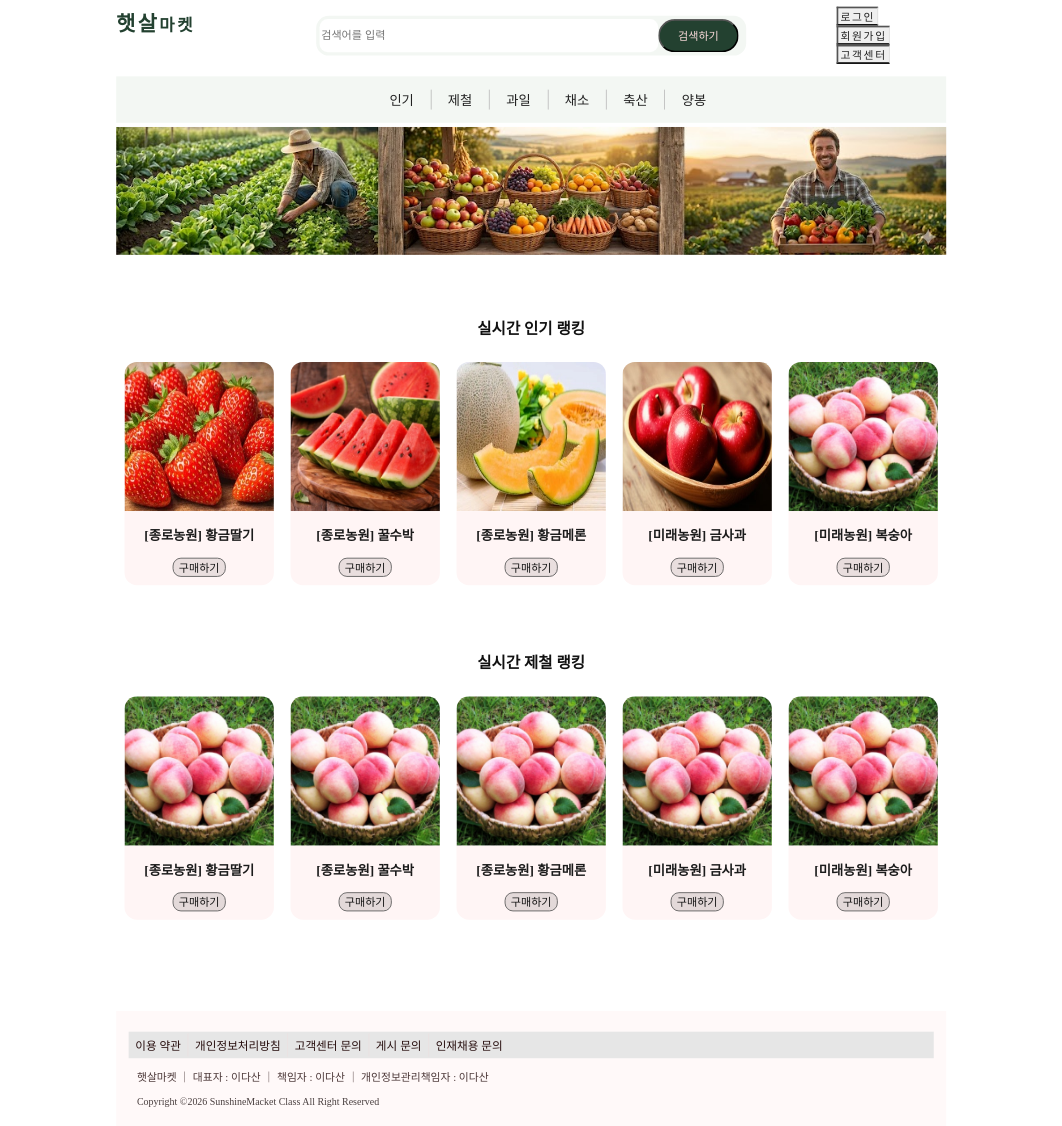
Repository: ham-zi/front-practice
Page: http://localhost/marketfresh/
These files come from the project's save history. The page is drawn as it stood at one moment and after the next save; the edit follows.
The browser window is 1280 px wide. The pictures show the whole page, at 83% of full size.
The page is served by Tomcat 9. Nobody is signed in. The application's start-up code is not run. Other server files are loaded and not shown.

Above is the page before, as saved 2026-05-08 00:20:27.

### MINI_WEB-workspace/marketfresh/src/main/webapp/index.jsp
<%@ page language="java" contentType="text/html; charset=UTF-8"
    pageEncoding="UTF-8"%>
<%@ taglib prefix="c" uri="http://java.sun.com/jsp/jstl/core" %>

<!DOCTYPE html>
<html lang="en">
<head>
    <meta charset="UTF-8">
    <meta name="viewport" content="width=, initial-scale=1.0">
    <title>화면 구조 잡기</title>

    <style>
        #wrap, header, nav, main, footer {
            box-sizing: border-box;


        }
        #wrap{
            width : 1000px;
            height :1200px;
;
            margin : auto;
            display : flex;
            flex-direction: column;
        }

        header {
            flex : 1.5;
            display : flex;
            margin-bottom: 15px;
        }
        nav {
            flex : 0.5;
        }
        main {
            flex : 12;
            display : flex;
            flex-direction: column;
        }

        main > div {
        }

        footer {
            flex : 2;
        }

        #header_1{
            flex : 2;
        }

        #header_2{
            flex : 6;
        }
        #header_3{
            flex : 2;
        }

        #content_1{
            flex : 2;
        }

        #content_2{
            flex : 2;
        }

        #content_3{
            flex : 2;
        }
    </style>

    <link rel="stylesheet" href="/market/resources/css/footer.css">
    <link rel="stylesheet" href="/market/resources/css/searchform.css">
    <link rel="stylesheet" href="/market/resources/css/logo.css">
    <link rel="stylesheet" href="/market/resources/css/headerutil.css">
    <link rel="stylesheet" href="/market/resources/css/navbar.css">
    <link rel="stylesheet" href="/market/resources/css/content1.css">
    <link rel="styleSheet" href="/market/resources/css/main2.css">
    <link rel="styleSheet" href="/market/resources/css/main3.css">


</head>
<body>

    <div id="wrap">
        <header>
            <div id="header_1">
                <a href="#" id="logo_1">햇살<span id="logo_2">마켓</span></a>
            </div>

            <div id="header_2">
                <form action="search" method="get" id="search_form">
                    <div id="search_text">
                        <input type="text" name="query" placeholder="검색어를 입력">
                    </div>
                    <div id="search_btn">
                        <button>검색하기</button>
                    </div>
                </form>
            </div>

            <div id="header_3">
                <div id="util">

                	<c:choose>
					    <c:when test="${empty userInfo}">
		                	<form method="post" action="http://www.localhost:8088/market/login_page.do">
		                    	<button type="submit">로그인</button>
		                	</form>
		                	<form method="post" action="http://www.localhost:8088/market/enroll.do">
		                    	<button type="submit">회원가입</button>
	           			    </form>
					    </c:when>
	           			<c:otherwise>
		                	<form method="post" action="">
		                    	<button type="submit">로그아웃</button>
		                	</form>
		                	<form method="post" action="">
		                    	<button type="submit">장바구니</button>
		                	</form>
	           			</c:otherwise>
                	</c:choose>
                	<form method="" action="">
                    	<button type="submit">고객센터</button>
                	</form>


                </div>
            </div>
        </header>

        <nav>
            <ul id="navbar">
                <li><a href="#">인기</a></li>
                <li><a href="#">제철</a></li>
                <li><a href="#">과일</a></li>
                <li><a href="#">채소</a></li>
                <li><a href="#">축산</a></li>
                <li><a href="#">양봉</a></li>
            </ul>
        </nav>

        <main>
            <div id="content_1">
                <img src="/market/resources/image_upfiles/main.jpg" alt="농산물 이미지">
            </div>
                    <h3 id="content2_title">실시간 인기 랭킹</h3>
            <div id="content_2">
                <div>
                    <img src="/market/resources/image_upfiles/strawberry.jpg" alt="딸기이미지">
                    <div>
                        <p>[종로농원] 황금딸기</p>
                        <button>구매하기</button>
                    </div>
                </div>
                <div>
                    <img src="/market/resources/image_upfiles/watermelon.jpg" alt="">
                    <div>
                        <p>[종로농원] 꿀수박</p>
                        <button>구매하기</button>
                    </div>
                </div>
                <div>
                    <img src="/market/resources/image_upfiles/melon.jpg" alt="">
                    <div>
                        <p>[종로농원] 황금메론</p>
                        <button>구매하기</button>
                    </div>
                </div>
                <div>
                    <img src="/market/resources/image_upfiles/apple.jpg" alt="">
                    <div>
                        <p>[미래농원] 금사과</p>
                        <button>구매하기</button>
                    </div>
                </div>
                <div>
                    <img src="/market/resources/image_upfiles/peach.jpg" alt="">
                    <div>
                        <p>[미래농원] 복숭아</p>
                        <button>구매하기</button>
                    </div>
                </div>
            </div>
                    <h3 id="content2_title">실시간 제철 랭킹</h3>
            <div id="content_3">
                <div>
                    <img src="/market/resources/image_upfiles/peach.jpg" alt="딸기이미지">
                    <div>
                        <p>[종로농원] 황금딸기</p>
                        <button>구매하기</button>
                    </div>
                </div>
                <div>
                    <img src="/market/resources/image_upfiles/peach.jpg" alt="">
                    <div>
                        <p>[종로농원] 꿀수박</p>
                        <button>구매하기</button>
                    </div>
                </div>
                <div>
                    <img src="/market/resources/image_upfiles/peach.jpg" alt="">
                    <div>
                        <p>[종로농원] 황금메론</p>
                        <button>구매하기</button>
                    </div>
                </div>
                <div>
                    <img src="/market/resources/image_upfiles/peach.jpg" alt="">
                    <div>
                        <p>[미래농원] 금사과</p>
                        <button>구매하기</button>
                    </div>
                </div>
                <div>
                    <img src="/market/resources/image_upfiles/peach.jpg" alt="">
                    <div>
                        <p>[미래농원] 복숭아</p>
                        <button>구매하기</button>
                    </div>
                </div>
            </div>
        </main>

        <div id="footer">
            <ul id="footer_ul">
                <li>
                    <a href="#">이용 약관</a>
                </li>
                <li>
                    <a href="#">개인정보처리방침</a>
                </li>
                <li>
                    <a href="#">고객센터 문의</a>
                </li>
                <li>
                    <a href="#">게시 문의</a>
                </li>
                <li>
                    <a href="#">인재채용 문의</a>
                </li>
            </ul>
            <div id="footer_p">
                <p id="p_1">
                    햇살마켓 ｜ 대표자 : 이다산 ｜ 책임자 : 이다산 ｜  개인정보관리책임자 : 이다산

                </p>
                <p id="p_2">
                    Copyright ©2026 SunshineMacket Class All Right Reserved

                </p>
            </div>
        </div>
    </div>

</body>
</html>

### MINI_WEB-workspace/marketfresh/src/main/webapp/resources/css/footer.css
#footer {
    padding : 10px 15px;
    background-color: rgb(255, 249, 249);
}

#footer_ul{
    display : flex;
    margin-top : 15px;
    margin-bottom : 10px;
    background-color: rgb(230, 230, 230);
    padding : 2px 0px;
}

#footer_ul>li {
    list-style: none;
                padding: 0px 10px;
    border-right: 1px solid rgb(235, 225, 225);
    padding : 4px;
}

#footer_ul>li:last-child {
    border-right: none;
}

#footer_ul>li>a {
    text-decoration: none;
    font-size : 14px;
    color : rgb(39, 14, 14);
    font-weight : 400p;
    padding : 4px 4px;
    &:hover{
        color :black;
        font-weight : 500;
    }
}

#footer_p {
    padding-left : 10px;

}

#p_1{
    font-size : 13px;
    color : rgb(75, 55, 55);
    padding-top : 12;
}

#p_2{
    font-size : 12px;
    color :rgb(73, 63, 63)
}

### MINI_WEB-workspace/marketfresh/src/main/webapp/resources/css/searchform.css
#header_2{
    display : flex;
    align-items: center;
    justify-content: center;
}

#search_form{
    width : 85%;
    height : 40px;
    padding : 4px;
    border-radius: 15px;
    background-color: rgba(27, 94, 32, 0.05);
    display :flex;
}

#search_text{
    flex: 8;
}

#search_btn{
    flex: 2;
}

#search_text > input{
    width : 100%;
    height : 100%;
    border-radius: 10px;
    border : none;
    box-sizing: border-box;
    background-color: rgb(255, 255, 255);
    &:focus{
        outline: rgb(243, 243, 243);
    }
}

#search_btn > button {
    width: 95%;
    height: 100%;
    border-radius: 22px;
    background-color: rgb(35, 65, 48);
    color : rgb(252, 220, 220);
    &:hover {
        color: #fffefe;
        background-color: rgb(10, 29, 18);
        cursor:pointer;
    }
}

### MINI_WEB-workspace/marketfresh/src/main/webapp/resources/css/logo.css
#logo{
    display: flex;
    align-items: center;
    justify-content: center;
}

#logo_1{

    text-decoration: none;
    color: rgb(35, 65, 48);
    font-weight: 700;
    font-size : 25px;
    letter-spacing: 3px;
}

#logo_2{
    font-size : 20px;
}

### MINI_WEB-workspace/marketfresh/src/main/webapp/resources/css/headerutil.css
#header_3 {
    display : flex;
    align-items: center;
    justify-content: center;
}

#util > form > button {
    text-decoration: none;
    color: rgb(34, 34, 34);
    border-right : 1px solid rgb(221, 221, 221);
    padding : 0px 3px;
    font-size: 13px;
    letter-spacing: 2px;
    &:hover {
        font-size: 16;
        font-weight: 700;
    }
}

#util > a:last-child {
    border-right : none;
}

### MINI_WEB-workspace/marketfresh/src/main/webapp/resources/css/navbar.css
nav{
    background-color: rgba(27, 94, 32, 0.05);

}

nav > ul {
    display:flex;
    text-align: center;
    justify-content: center;
}

nav > ul > li {
    list-style: none;
    border-right : 1px solid rgb(187, 187, 187);
    padding : 0px 20px;
}

ul > :last-child {
    border-right : 0px;
}

nav > ul > li > a {
    text-decoration: none;
    color: rgb(34, 34, 34);

    &:hover{
        font-weight: 600;
        color :black
    }
}

### MINI_WEB-workspace/marketfresh/src/main/webapp/resources/css/content1.css
#content_1 > img {
  width: 100%;
  height: auto;
  padding-top: 5px;
  margin-bottom: 50px;
}

### MINI_WEB-workspace/marketfresh/src/main/webapp/resources/css/main2.css

#content2_title{
    text-align: center;
    color: rgb(17, 17, 17);
}

#content_2 {
    display: flex;
    margin-bottom: 50px;

}

#content_2>div {
    flex : 1px;
    margin : 10px;
    border-radius: 15px;
    display: flex;
    flex-direction: column;

}

#content_2>div>img{
    flex : 8;
    height : 40px;
    width: 100%;
    border-radius: 15px 15px 0px 0px;
    box-sizing: border-box;
}

#content_2>div {
    text-align: center;
}



#content_2>div>div{
    flex : 2;
    height: 100%;
    width : 100%;
    background-color: rgb(255, 245, 245);
    box-sizing: border-box;
    border-radius: 0px 0px 15px 15px;
    padding-bottom: 10px;
}

#content_2>div>div>p {
    color: rgb(27, 27, 27);
    text-align: center;
    font-weight: 600;
}

#content_2>div>div>button {
    border-radius: 10px;
    border : 1px solid rgb(85, 85, 85);
    color: rgb(22, 22, 22);
    background-color: rgba(206, 194, 194, 0.452);
}

### MINI_WEB-workspace/marketfresh/src/main/webapp/resources/css/main3.css
#content3_title{
    text-align: center;
    color: rgb(17, 17, 17);
}

#content_3 {
    display: flex;
    margin-bottom: 100px;

}

#content_3>div {
    flex : 1px;
    margin : 10px;
    border-radius: 15px;
    display: flex;
    flex-direction: column;

}

#content_3>div>img{
    flex : 8;
    height : 40px;
    width: 100%;
    border-radius: 15px 15px 0px 0px;
    box-sizing: border-box;
}

#content_3>div {
    text-align: center;
}



#content_3>div>div{
    flex : 2;
    height: 100%;
    width : 100%;
    background-color: rgb(255, 245, 245);
    box-sizing: border-box;
    border-radius: 0px 0px 15px 15px;
    padding-bottom: 10px;
}

#content_3>div>div>p {
    color: rgb(27, 27, 27);
    text-align: center;
    font-weight: 600;
}

#content_3>div>div>button {
    border-radius: 10px;
    border : 1px solid rgb(85, 85, 85);
    color: rgb(22, 22, 22);
    background-color: rgba(192, 181, 181, 0.452);
}

After the next save:
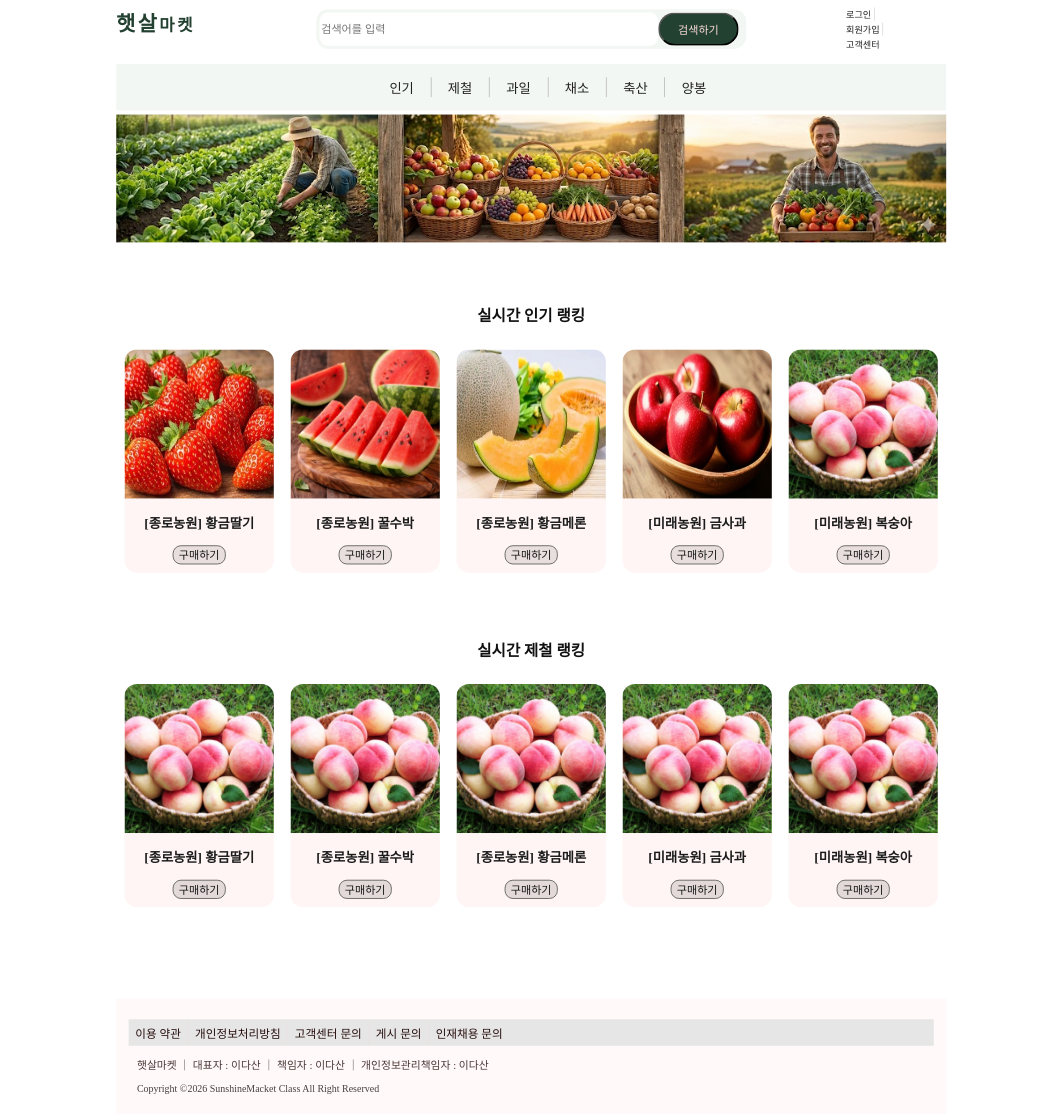
Saved 40 s later.
--- a/MINI_WEB-workspace/marketfresh/src/main/webapp/resources/css/headerutil.css
+++ b/MINI_WEB-workspace/marketfresh/src/main/webapp/resources/css/headerutil.css
@@ -5,18 +5,20 @@
 }
 
 #util > form > button {
+    background-color: white;
+    color: rgb(34, 34, 34);
+    border : none;
+    outline: none;
+    border-right : 1px solid rgb(221, 221, 221);
     text-decoration: none;
-    color: rgb(34, 34, 34);
-    border-right : 1px solid rgb(221, 221, 221);
     padding : 0px 3px;
-    font-size: 13px;
-    letter-spacing: 2px;
+    font-size: 11px;
     &:hover {
-        font-size: 16;
+        font-size: 14px;
         font-weight: 700;
     }
 }
 
-#util > a:last-child {
-    border-right : none;
+#util > form:last-child > button {
+    border-right: none;
 }
